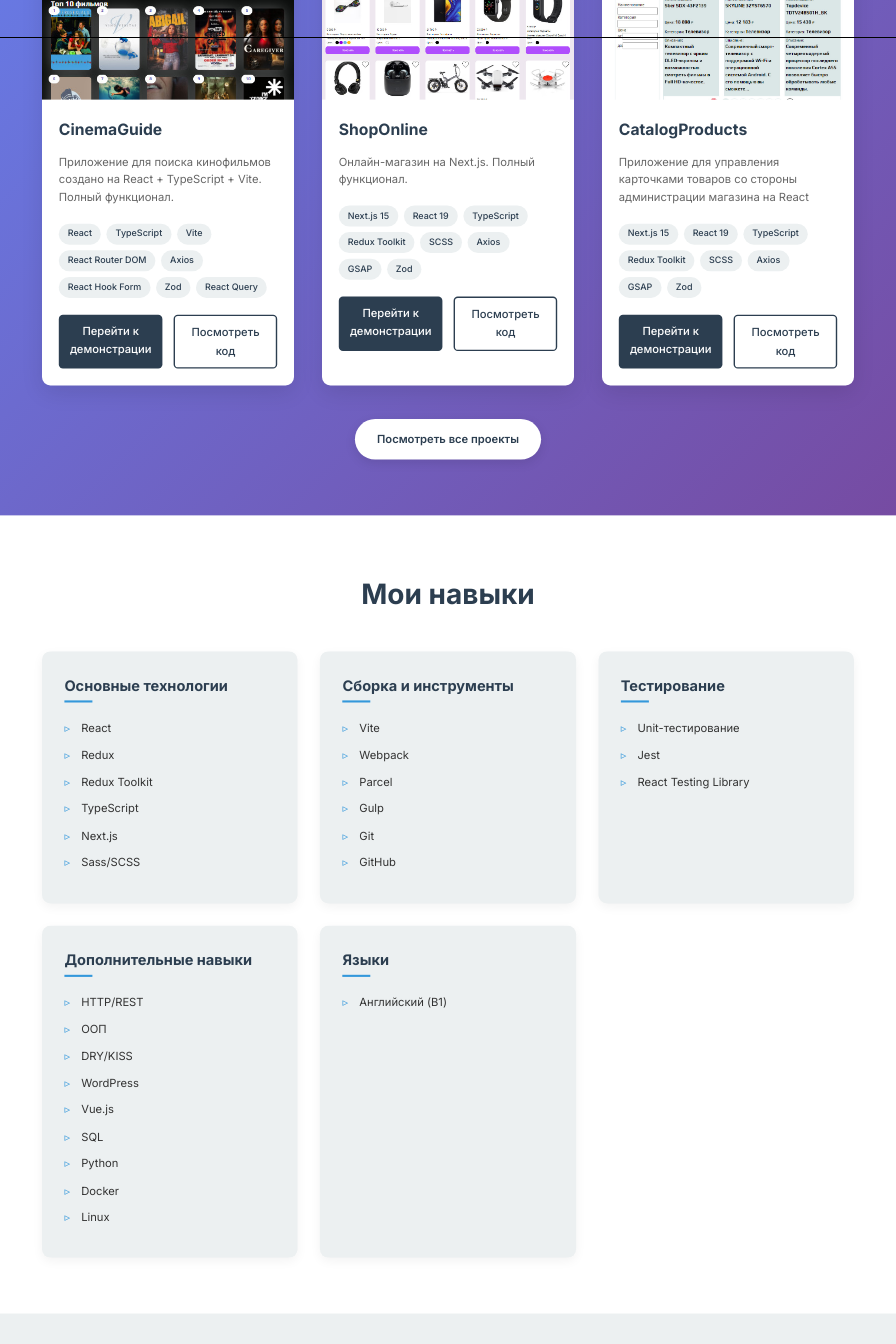
Repository: RostislavZeberg/resume-app
Page: /
These files come from the project's save history. The page is drawn as it stood at one moment and after the next save; the edit follows.
The browser window is 1280 px wide. The pictures show the part of the page from y = 311 to 2231 px (the page is 3604 px tall before and 3630 px after), at 70% of full size.
The project was rebuilt for these pictures with package versions that can differ from the ones it lists, and the page was loaded fresh each time. The framework's server and built-in components were replaced by stand-ins that run in the browser. Also part of the build but not shown: next.config.ts.

Above is the page before, as saved 2025-09-18 13:48:08.

### pages/_app.tsx
import type { AppProps } from 'next/app';
import '../styles/globals.scss';
import Head from 'next/head';

function MyApp({ Component, pageProps }: AppProps) {
  return (
    <>
      <Head>
        <meta name="viewport" content="width=device-width, initial-scale=1" />
        <meta name="theme-color" content="#2c3e50" />
        <meta name="description" content="Резюме фронтенд-разработчика React с 5+ годами опыта. Специализация: React, TypeScript, Next.js, Redux Toolkit." />
        <meta name="keywords" content="React, TypeScript, Next.js, фронтенд-разработчик, резюме" />
        <meta property="og:title" content="Фронтенд-разработчик React" />
        <meta property="og:description" content="Резюме фронтенд-разработчика React с 5+ годами опыта" />
        <meta property="og:type" content="website" />
        <link rel="icon" href="/favicon.ico" />
      </Head>
      <Component {...pageProps} />
    </>
  );
}

export default MyApp;

### pages/_document.tsx
import { Html, Head, Main, NextScript } from 'next/document';

export default function Document() {
  return (
    <Html lang="ru">
      <Head>
        <link rel="preconnect" href="https://fonts.googleapis.com" />
        <link rel="preconnect" href="https://fonts.gstatic.com" crossOrigin="anonymous" />
        <link href="https://fonts.googleapis.com/css2?family=Inter:wght@300;400;500;600;700&display=swap" rel="stylesheet" />

        {/* Фавикон */}
        <link rel="icon" href="/favicon.ico" sizes="any" />
        <link rel="icon" href="/favicon.svg" type="image/svg+xml" />
        <link rel="apple-touch-icon" href="/apple-touch-icon.png" />
        <link rel="manifest" href="/manifest.webmanifest" />

        {/* Мета-теги */}
        <meta name="theme-color" content="#2c3e50" />
        <meta name="description" content="Резюме фронтенд-разработчика React с 5+ годами опыта. Специализация: React, TypeScript, Next.js, Redux Toolkit." />
        <meta name="keywords" content="React, TypeScript, Next.js, фронтенд-разработчик, резюме" />
      </Head>
      <body>
        <Main />
        <NextScript />
      </body>
    </Html>
  );
}

### pages/index.tsx
import Head from 'next/head';
import { NextPage } from 'next';
import Contacts from '../components/Sections/Contacts';
import Skills from '../components/Sections/Skills';
import About from '../components/Sections/About';
import Projects from '../components/Sections/Projects';
import Header from '../components/Layout/Header';

const Home: NextPage = () => {
  return (
    <>
      <Head>
        <title>Фронтенд-разработчик React | Резюме</title>
        <meta name="description" content="Резюме фронтенд-разработчика React с 5+ годами опыта. Специализация: React, TypeScript, Next.js, Redux Toolkit." />
        <meta name="keywords" content="React, TypeScript, Next.js, фронтенд-разработчик, резюме" />
        <meta property="og:title" content="Фронтенд-разработчик React" />
        <meta property="og:description" content="Резюме фронтенд-разработчика React с 5+ годами опыта" />
        <meta property="og:type" content="website" />
        <link rel="icon" href="/favicon.ico" />
      </Head>

      <Header />
      <main>
        <Projects />
        <Skills />
        <About />
        <Contacts />
      </main>
    </>
  );
};

export default Home;

### styles/globals.scss
// Переменные и миксины
@import './variables.scss';
@import './mixins';

// Глобальные стили
* {
  box-sizing: border-box;
  margin: 0;
  padding: 0;
}

html {
  scroll-behavior: smooth;
  scroll-padding-top: 60px;
}

body {
  font-family: 'Inter', 'Arial', sans-serif;
  line-height: 1.6;
  color: $text-color;
  background-color: $background-color;
  padding-top: 60px;
}

.container {
  max-width: 1200px;
  margin: 0 auto;
  padding: 0 20px;
}

section {
  padding: 80px 0;

  h2 {
    text-align: center;
    margin-bottom: 50px;
    font-size: 2.5rem;
    color: $primary-color;
  }
}

// Анимации
@keyframes fadeIn {
  from {
    opacity: 0;
    transform: translateY(20px);
  }
  to {
    opacity: 1;
    transform: translateY(0);
  }
}

.fade-in {
  animation: fadeIn 0.6s ease forwards;
}

// Адаптивность
@include desktop {
  .container {
    max-width: 1200px;
  }
}

@include tablet {
  .container {
    max-width: 100%;
    padding: 0 15px;
  }

  section {
    padding: 60px 0;

    h2 {
      font-size: 2rem;
      margin-bottom: 40px;
    }
  }
}

@include mobile {
  .container {
    padding: 0 10px;
  }

  section {
    padding: 40px 0;

    h2 {
      font-size: 1.8rem;
      margin-bottom: 30px;
    }
  }
}

### components/Sections/Contacts.tsx
import React from 'react';
import Icon from '../UI/Icon';
import styles from '../../styles/sections/contacts.module.scss';
import { contacts } from '@/info/contacts';

const Contacts: React.FC = () => {

  return (
    <section id="contacts" className={styles.contacts}>
      <div className="container">
        <h2>Контакты</h2>
        <div className={styles.contactsGrid}>
          {contacts.map((contact, index) => (
            <a
              key={index}
              href={contact.href}
              className={styles.contactItem}
              target="_blank"
              rel="noopener noreferrer"
            >
              <Icon name={contact.icon} className={styles.contactIcon} />
              <span>{contact.text}</span>
            </a>
          ))}
        </div>
      </div>
    </section>
  );
};

export default Contacts;

### components/Sections/Skills.tsx
import React from 'react';
import styles from '../../styles/sections/skills.module.scss';

const Skills: React.FC = () => {
  const skillCategories = [
    {
      title: 'Основные технологии',
      skills: ['React', 'Redux', 'Redux Toolkit', 'TypeScript', 'Next.js', 'Sass/SCSS']
    },
    {
      title: 'Сборка и инструменты',
      skills: ['Vite', 'Webpack', 'Parcel', 'Gulp', 'Git', 'GitHub']
    },
    {
      title: 'Тестирование',
      skills: ['Unit-тестирование', 'Jest', 'React Testing Library']
    },
    {
      title: 'Дополнительные навыки',
      skills: ['HTTP/REST', 'ООП', 'DRY/KISS', 'WordPress', 'Vue.js', 'SQL', 'Python', 'Docker', 'Linux']
    },
    {
      title: 'Языки',
      skills: ['Английский (B1)']
    }
  ];

  return (
    <section id="skills" className={styles.skills}>
      <div className="container">
        <h2>Мои навыки</h2>
        <div className={styles.skillsGrid}>
          {skillCategories.map((category, index) => (
            <div key={index} className={styles.skillCategory}>
              <h3>{category.title}</h3>
              <ul>
                {category.skills.map((skill, i) => (
                  <li key={i}>{skill}</li>
                ))}
              </ul>
            </div>
          ))}
        </div>
      </div>
    </section>
  );
};

export default Skills;

### components/Sections/About.tsx
import React from 'react';
import styles from '../../styles/sections/about.module.scss';

const About: React.FC = () => {
  return (
    <section id="about" className={styles.about}>
      <div className="container">
        <h2>Обо мне</h2>
        <div className={styles.aboutContent}>
          <p>
            Усидчив и внимателен к деталям, сосредоточен на выполнении задач, не отвлекаясь на внешние раздражители.
            Мой скрупулезный подход к архитектуре кода, его чистоте и читабельности сводит к минимуму возникновение ошибок
            при дальнейшей эксплуатации проектов.
          </p>
          <p>
            Коммуникабелен и открыт для общения с коллегами, что позволяет эффективно обсуждать проекты и находить оптимальные решения.
            Дисциплинированность помогает мне выстраивать свою работу по четкому плану, всегда выполнять задачи качественно и в срок,
            а также быть требовательным к себе.
          </p>
          <p>
            Инициативность является важной частью моей работы: я не боюсь доводить до руководства свои идеи и предложения по решению проблем.
            Обучаем и стремлюсь к постоянному развитию, ведь IT-отрасль динамично меняется, и изучение новых направлений и тенденций
            в программировании – это важная часть моего профессионального роста.
          </p>
          <p>
            Есть желание работать и развиваться в сфере разработки приложений, которая является частью моего восприятия мира.
            Я наслаждаюсь процессом создания кода и когда вижу результаты своей деятельности.
          </p>
          <p>
            К своим сильным сторонам отношу навыки работы в команде, стремление находить максимально эффективные и эстетичные решения,
            а также способность самостоятельно искать ресурсы для решения проблем и повышения профессионального уровня.
          </p>
          <p>
            Рассматриваю проектную деятельность и удаленную работу.
          </p>
        </div>
      </div>
    </section>
  );
};

export default About;

### components/Sections/Projects.tsx
import React from 'react';
import ProjectCard from '../UI/ProjectCard';
import styles from '../../styles/sections/projects.module.scss';
import { projects } from '@/info/projects';

const Projects: React.FC = () => {
  return (
    <section id="projects" className={styles.projects}>
      <div className="container">
        <h2>Мои проекты</h2>
        <div className={styles.projectsGrid}>
          {projects.map((project, index) => (
            <ProjectCard key={index} project={project} />
          ))}
        </div>
        <div className={styles.viewAll}>
          <a
            href="https://github.com/RostislavZeberg?tab=repositories"
            className={styles.viewAllButton}
            target="_blank"
            rel="noopener noreferrer"
          >
            Посмотреть все проекты
          </a>
        </div>
      </div>
    </section>
  );
};

export default Projects;

### components/Layout/Header.tsx
import React, { useState } from 'react';
import Link from 'next/link';
import styles from '../../styles/layout/header.module.scss';

const Header: React.FC = () => {
  const [isMenuOpen, setIsMenuOpen] = useState(false);

  const toggleMenu = () => {
    setIsMenuOpen(!isMenuOpen);
  };

  return (
    <header className={styles.header}>
      <div className="container">
        <nav className={styles.nav}>
          <div className={styles.logo}>
            <Link href="/">Фронтенд-разработчик React + Next</Link>
          </div>

          <button
            className={`${styles.menuToggle} ${isMenuOpen ? styles.active : ''}`}
            onClick={toggleMenu}
            aria-label="Меню"
          >
            <span></span>
            <span></span>
            <span></span>
          </button>

          <ul className={`${styles.navList} ${isMenuOpen ? styles.active : ''}`}>
            <li><a href="#contacts" onClick={() => setIsMenuOpen(false)}>Контакты</a></li>
            <li><a href="#skills" onClick={() => setIsMenuOpen(false)}>Навыки</a></li>
            <li><a href="#about" onClick={() => setIsMenuOpen(false)}>Обо мне</a></li>
            <li><a href="#projects" onClick={() => setIsMenuOpen(false)}>Проекты</a></li>
          </ul>
        </nav>
      </div>
    </header>
  );
};

export default Header;

### styles/variables.scss
// Цвета
$primary-color: #2c3e50;
$secondary-color: #3498db;
$accent-color: #e74c3c;
$background-color: #f9f9f9;
$text-color: #333;
$light-gray: #ecf0f1;

// Breakpoints
$desktop: 1280px;
$tablet: 1024px;
$small-tablet: 768px;
$mobile: 320px;

### styles/mixins.scss
@mixin desktop {
  @media (min-width: #{$desktop}) {
    @content;
  }
}

@mixin tablet {
  @media (min-width: #{$small-tablet}) and (max-width: #{$tablet}) {
    @content;
  }
}

@mixin small-tablet {
  @media (min-width: #{$mobile}) and (max-width: #{$small-tablet - 1px}) {
    @content;
  }
}

@mixin mobile {
  @media (max-width: #{$mobile}) {
    @content;
  }
}

@mixin flex-center {
  display: flex;
  justify-content: center;
  align-items: center;
}

@mixin card-shadow {
  box-shadow: 0 4px 6px rgba(0, 0, 0, 0.1);
  transition: box-shadow 0.3s ease;

  &:hover {
    box-shadow: 0 10px 20px rgba(0, 0, 0, 0.15);
  }
}

### components/UI/Icon.tsx
import React from 'react';
import Image from 'next/image';

interface IconProps {
  name: string;
  className?: string;
  width?: number;
  height?: number;
}

const Icon: React.FC<IconProps> = ({ name, className = '', width = 24, height = 24 }) => {
  return (
    <Image
      src={`/icons/${name}.svg`}
      alt={`${name} icon`}
      width={width}
      height={height}
      className={className}
    />
  );
};

export default Icon;

### styles/sections/contacts.module.scss
@import '../variables';
@import '../mixins';

.contacts {
  background: linear-gradient(135deg, #f5f7fa 0%, #c3cfe2 100%);
  padding: 100px 0;
}

.contactsGrid {
  display: grid;
  grid-template-columns: repeat(auto-fit, minmax(250px, 1fr));
  gap: 2rem;
  margin-top: 3rem;
}

.contactItem {
  display: flex;
  flex-direction: column;
  align-items: center;
  justify-content: center;
  background: white;
  padding: 2rem;
  border-radius: 12px;
  box-shadow: 0 10px 30px rgba(0, 0, 0, 0.1);
  transition: all 0.3s ease;
  text-decoration: none;
  color: $text-color;

  &:hover {
    transform: translateY(-5px);
    box-shadow: 0 15px 40px rgba(0, 0, 0, 0.15);

    .contactIcon {
      transform: scale(1.1);
    }
  }
}

.contactIcon {
  width: 60px;
  height: 60px;
  margin-bottom: 1rem;
  transition: transform 0.3s ease;
}

// Адаптивность
@include tablet {
  .contactsGrid {
    grid-template-columns: repeat(2, 1fr);
    gap: 1.5rem;
  }
}

@include small-tablet {
  .contactsGrid {
    grid-template-columns: 1fr;
    gap: 1rem;
  }

  .contactItem {
    padding: 1.5rem;
  }
}

@include mobile {
  .contacts {
    padding: 80px 0;
  }

  .contactIcon {
    width: 50px;
    height: 50px;
  }
}

### info/contacts.ts
export const contacts = [
  { icon: 'email', text: 'zeberg@bk.ru', href: 'mailto:zeberg@bk.ru' },
  { icon: 'phone', text: '+7(960)-552-4171', href: 'tel:+79605524171' },
  { icon: 'telegram', text: '@zeberg_jaguar', href: 'https://t.me/zeberg_jaguar' },
  { icon: 'github', text: 'GitHub', href: 'https://github.com/RostislavZeberg?tab=repositories' }
];

### styles/sections/skills.module.scss
@import '../variables';
@import '../mixins';

.skills {
  background-color: white;
}

.skillsGrid {
  display: grid;
  grid-template-columns: repeat(auto-fit, minmax(300px, 1fr));
  gap: 2rem;
}

.skillCategory {
  background: $light-gray;
  padding: 2rem;
  border-radius: 12px;
  box-shadow: 0 5px 15px rgba(0, 0, 0, 0.05);

  h3 {
    color: $primary-color;
    margin-bottom: 1.5rem;
    font-size: 1.3rem;
    position: relative;
    padding-bottom: 0.5rem;

    &::after {
      content: '';
      position: absolute;
      bottom: 0;
      left: 0;
      width: 40px;
      height: 3px;
      background: $secondary-color;
    }
  }

  ul {
    list-style: none;
  }

  li {
    margin-bottom: 0.8rem;
    padding-left: 1.5rem;
    position: relative;

    &::before {
      content: '▹';
      position: absolute;
      left: 0;
      color: $secondary-color;
    }
  }
}

// Адаптивность
@include tablet {
  .skillsGrid {
    grid-template-columns: repeat(2, 1fr);
    gap: 1.5rem;
  }
}

@include small-tablet {
  .skillsGrid {
    grid-template-columns: 1fr;
    gap: 1rem;
  }

  .skillCategory {
    padding: 1.5rem;
  }
}

@include mobile {
  .skillCategory {
    padding: 1.2rem;

    h3 {
      font-size: 1.2rem;
    }
  }
}

### styles/sections/about.module.scss
@import '../variables';
@import '../mixins';

.about {
  background-color: $light-gray;
}

.aboutContent {
  max-width: 800px;
  margin: 0 auto;

  p {
    margin-bottom: 1.5rem;
    line-height: 1.8;
    text-align: justify;
  }
}

// Адаптивность
@include tablet {
  .aboutContent {
    padding: 0 1rem;
  }
}

@include mobile {
  .aboutContent p {
    text-align: left;
  }
}

### components/UI/ProjectCard.tsx
import React from 'react';
import Image from 'next/image';
import styles from '../../styles/ui/project-card.module.scss';

interface Project {
  name: string;
  description: string;
  demoLink: string;
  codeLink: string;
  technologies: string[];
}

interface ProjectCardProps {
  project: Project;
}

const ProjectCard: React.FC<ProjectCardProps> = ({ project }) => {
  return (
    <div className={styles.projectCard}>
      <div className={styles.projectImage}>
        <a href={project.demoLink} target="_blank" rel="noopener noreferrer">
          <Image
            src={`/images/projects/${project.name.toLowerCase()}.jpg`}
            alt={project.name}
            fill
            style={{ objectFit: 'cover' }}
            sizes="(max-width: 768px) 100vw, (max-width: 1200px) 50vw, 33vw"
          />
        </a>
      </div>
      <div className={styles.projectContent}>
        <h3>{project.name}</h3>
        <p>{project.description}</p>
        <div className={styles.technologies}>
          {project.technologies.map((tech, index) => (
            <span key={index} className={styles.techTag}>{tech}</span>
          ))}
        </div>
        <div className={styles.projectActions}>
          <a
            href={project.demoLink}
            className={styles.demoButton}
            target="_blank"
            rel="noopener noreferrer"
          >
            Перейти к демонстрации
          </a>
          <a
            href={project.codeLink}
            className={styles.codeButton}
            target="_blank"
            rel="noopener noreferrer"
          >
            Посмотреть код
          </a>
        </div>
      </div>
    </div>
  );
};

export default ProjectCard;

### styles/sections/projects.module.scss
@import '../variables';
@import '../mixins';

.projects {
  background: linear-gradient(135deg, #667eea 0%, #764ba2 100%);
  color: white;

  h2 {
    color: white;
  }
}

.projectsGrid {
  display: grid;
  grid-template-columns: repeat(auto-fit, minmax(350px, 1fr));
  gap: 2.5rem;
  margin-bottom: 3rem;
}

.viewAll {
  text-align: center;
  margin-top: 3rem;
}

.viewAllButton {
  display: inline-block;
  padding: 1rem 2rem;
  background: white;
  color: $primary-color;
  text-decoration: none;
  border-radius: 30px;
  font-weight: 600;
  transition: all 0.3s ease;
  box-shadow: 0 5px 15px rgba(0, 0, 0, 0.1);

  &:hover {
    transform: translateY(-3px);
    box-shadow: 0 10px 25px rgba(0, 0, 0, 0.2);
    background: $accent-color;
    color: white;
  }
}

// Адаптивность
@include tablet {
  .projectsGrid {
    grid-template-columns: repeat(2, 1fr);
    gap: 2rem;
  }
}

@include small-tablet {
  .projectsGrid {
    grid-template-columns: 1fr;
    gap: 1.5rem;
  }
}

@include mobile {
  .projectsGrid {
    grid-template-columns: 1fr;
    gap: 1.5rem;
  }

  .viewAllButton {
    padding: 0.8rem 1.5rem;
    font-size: 0.9rem;
  }
}

### info/projects.ts
export const projects = [
  {
    name: 'CinemaGuide',
    description: 'Приложение для поиска кинофильмов создано на React + TypeScript + Vite. Полный функционал.',
    demoLink: 'https://rostislavzeberg.github.io/CinemaGuide',
    codeLink: 'https://github.com/RostislavZeberg/CinemaGuide/tree/dev',
    technologies: ['React', 'TypeScript', 'Vite', 'React Router DOM', 'Axios', 'React Hook Form', 'Zod', 'React Query']
  },
  {
    name: 'ShopOnline',
    description: 'Онлайн-магазин на Next.js. Полный функционал.',
    demoLink: 'https://shop-online-omega.vercel.app/',
    codeLink: 'https://github.com/RostislavZeberg/ShopOnline',
    technologies: ['Next.js 15', 'React 19', 'TypeScript', 'Redux Toolkit', 'SCSS', 'Axios', 'GSAP', 'Zod']
  },
  {
    name: 'CatalogProducts',
    description: 'Приложение для управления карточками товаров со стороны администрации магазина на React',
    demoLink: 'https://shop-online-omega.vercel.app/',
    codeLink: 'https://github.com/RostislavZeberg/ShopOnline',
    technologies: ['Next.js 15', 'React 19', 'TypeScript', 'Redux Toolkit', 'SCSS', 'Axios', 'GSAP', 'Zod']
  },
];

### styles/layout/header.module.scss
@import '../variables';
@import '../mixins';

.header {
  background-color: $primary-color;
  color: white;
  position: fixed;
  top: 0;
  left: 0;
  right: 0;
  z-index: 1000;
  box-shadow: 0 2px 10px rgba(0, 0, 0, 0.1);
}

.nav {
  display: flex;
  justify-content: space-between;
  align-items: center;
  padding: 1rem 0;
}

.logo {
  a {
    color: white;
    text-decoration: none;
    font-weight: 600;
    font-size: 1.2rem;

    &:hover {
      color: $accent-color;
    }
  }
}

.navList {
  display: flex;
  list-style: none;
  gap: 2rem;

  a {
    color: white;
    text-decoration: none;
    font-weight: 500;
    transition: color 0.3s ease;

    &:hover {
      color: $accent-color;
    }
  }
}

.menuToggle {
  display: none;
  flex-direction: column;
  justify-content: space-around;
  width: 2rem;
  height: 2rem;
  background: transparent;
  border: none;
  cursor: pointer;
  padding: 0;

  span {
    width: 2rem;
    height: 0.25rem;
    background: white;
    border-radius: 10px;
    transition: all 0.3s linear;
    position: relative;
    transform-origin: 1px;
  }
}

// Адаптивность
@include tablet {
  .navList {
    gap: 1.5rem;
  }
}

@include small-tablet {
  .menuToggle {
    display: flex;
    z-index: 1001;
  }

  .navList {
    position: fixed;
    top: 0;
    right: 0;
    height: 100vh;
    width: 70%;
    background: $primary-color;
    flex-direction: column;
    justify-content: center;
    align-items: center;
    transform: translateX(100%);
    transition: transform 0.3s ease-in-out;

    &.active {
      transform: translateX(0);
    }
  }

  .menuToggle.active {
    span:nth-child(1) {
      transform: rotate(45deg);
    }

    span:nth-child(2) {
      opacity: 0;
    }

    span:nth-child(3) {
      transform: rotate(-45deg);
    }
  }
}

@include mobile {
  .logo a {
    font-size: 1rem;
  }
}

Loaded but not shown: styles/ui/project-card.module.scss (137 lines, source omitted)

After the next save:
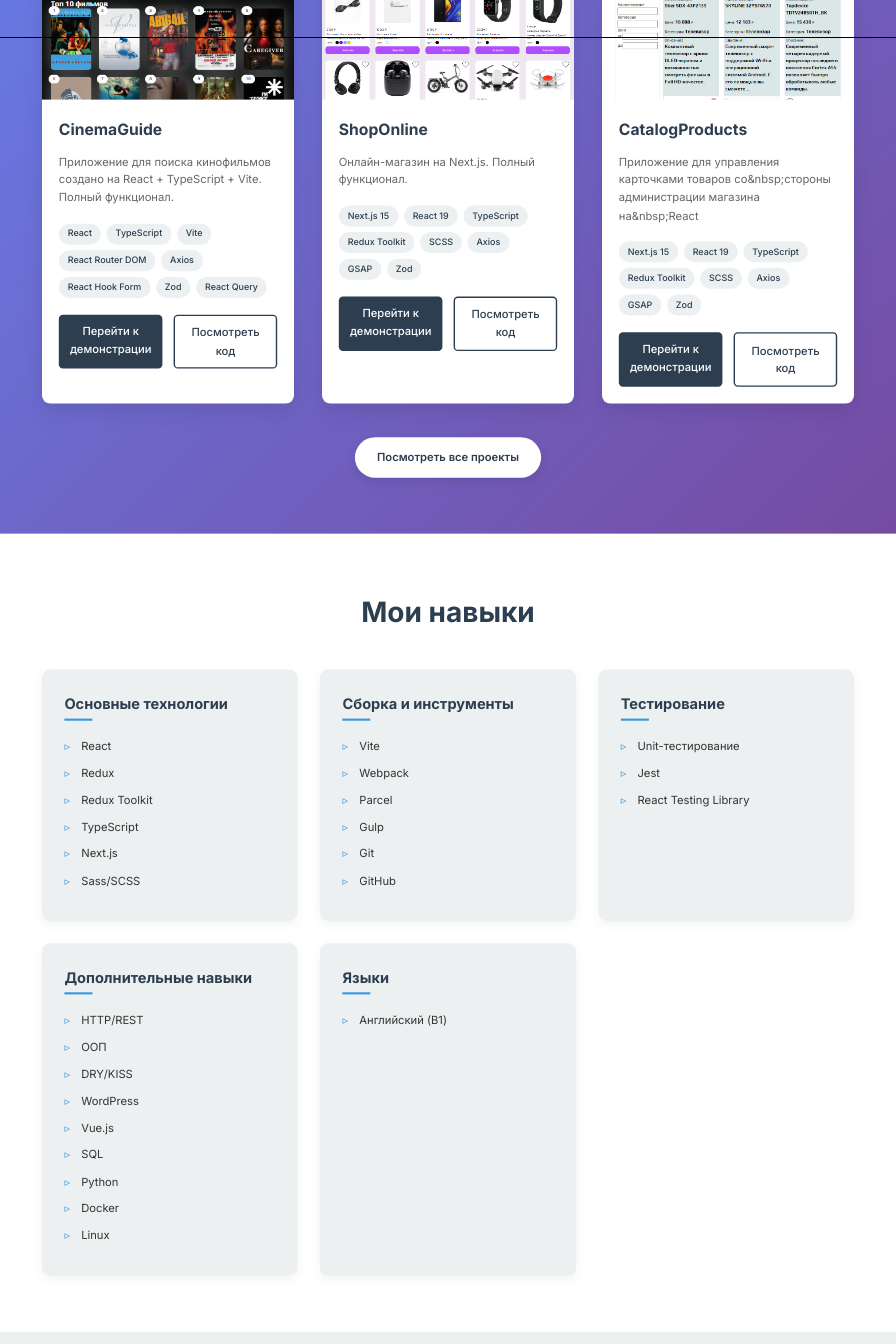
Saved 64 s later.
--- a/info/projects.ts
+++ b/info/projects.ts
@@ -15,7 +15,7 @@ export const projects = [
   },
   {
     name: 'CatalogProducts',
-    description: 'Приложение для управления карточками товаров со стороны администрации магазина на React',
+    description: 'Приложение для управления карточками товаров со&nbsp;стороны администрации магазина на&nbsp;React',
     demoLink: 'https://shop-online-omega.vercel.app/',
     codeLink: 'https://github.com/RostislavZeberg/ShopOnline',
     technologies: ['Next.js 15', 'React 19', 'TypeScript', 'Redux Toolkit', 'SCSS', 'Axios', 'GSAP', 'Zod']
